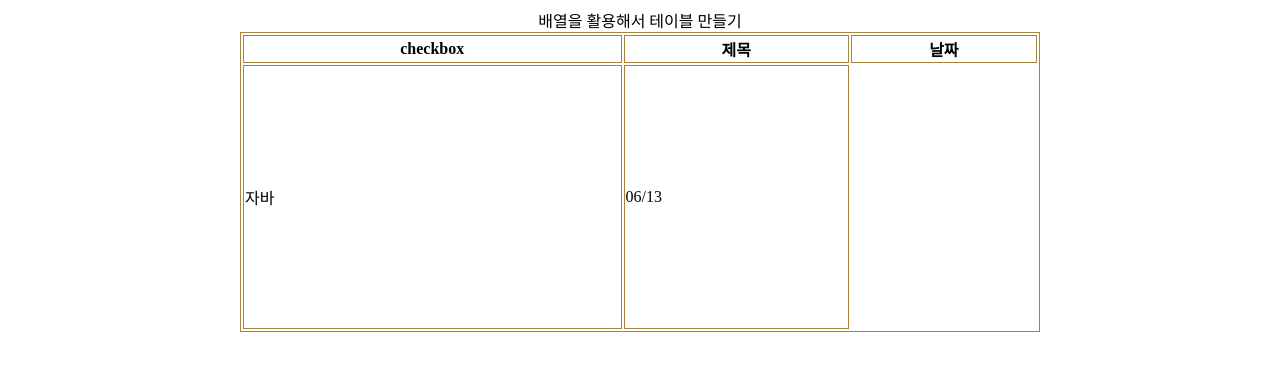
Repository: rightsecond3/java52
Page: workspace_script/dev_html/WebContent/js_array/checkbox_array.html
An editor plug-in stored every save of this project. The page is shown before and after the next save, followed by the edit.
The browser window is 1280 px wide. The pictures show the whole page.

Above is the page before, as saved 2019-06-13 02:41:59.
Console error: ReferenceError: checkbox is not defined

### workspace_script/dev_html/WebContent/js_array/checkbox_array.html
<!DOCTYPE html>
<html>
<head>
<meta charset="UTF-8">
<title>Insert title here</title>
</head>
<body>
    <script>
        var lists = [
                      [checkbox, "자바", "06/13"]
                     ,[checkbox, "오라클", "07/01"]
                    ];
    </script>

    <table align="center" borderColor="#AA8239" border="1" width="800px" height="300px">
        <caption>배열을 활용해서 테이블 만들기</caption>
        <thead>
            <tr>
                <th>checkbox</th>
                <th>제목</th>
                <th>날짜</th>
            </tr>
        </thead>
        <tbody>
            <tr>
                <td>자바</td>
                <td>06/13</td>
            </tr>
        </tbody>
    </table>
</body>
</html>

After the next save:
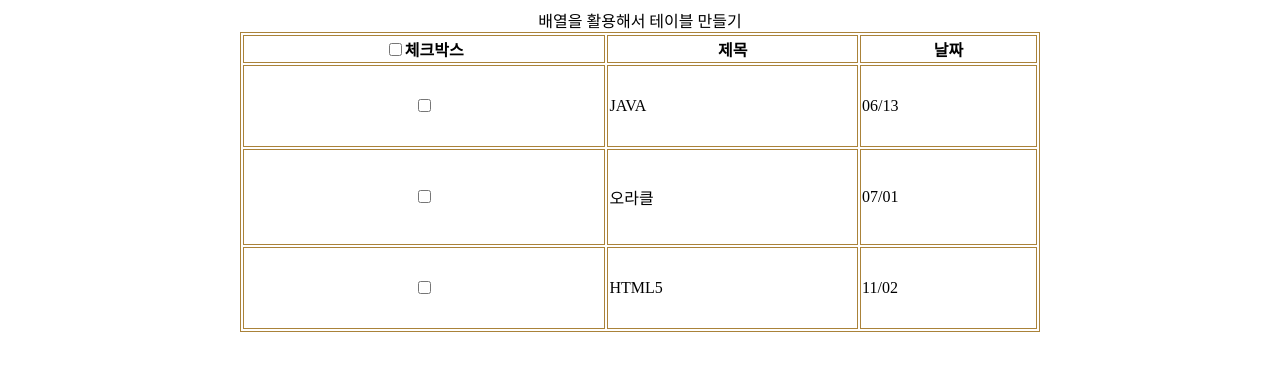
The error is gone.
Saved 20 s later.
--- a/workspace_script/dev_html/WebContent/js_array/checkbox_array.html
+++ b/workspace_script/dev_html/WebContent/js_array/checkbox_array.html
@@ -1,32 +1,70 @@
 <!DOCTYPE html>
 <html>
+<!--
+    html태그 경우 같은 이름이 두개 이상이면 자동으로 배열전환됨.
+    체크를 하는 경우 true 체크를 하지 않으면 false -> 확인 하는 메소드 cheked
+    반드시 두 개 이상 일때만 배열로 접근가능하다.
+ -->
 <head>
 <meta charset="UTF-8">
 <title>Insert title here</title>
 </head>
 <body>
     <script>
-        var lists = [
-                      [checkbox, "자바", "06/13"]
-                     ,[checkbox, "오라클", "07/01"]
-                    ];
+        function clearAll() {
+            for(var i=0; i<document.f_list.check.length;i++) {
+                if(document.f_list.check[i].checked == 1) {
+                    document.f_list.check[i].checked=0;
+                }
+            }
+        }
+        function checkBoxAll() {
+            // 전체체크박스를 선택했을 때
+            // jsp는 name으로 접근한다.
+            if(document.f_list.checkAll.checked == 1) {
+                clearAll();
+                for(var j=0; j<document.f_list.check.length; j++) {
+                    document.f_list.check[j].checked = 1;
+                }
+            }
+            // 전체체크박스를 해제했을 때
+            else{
+                for(var j=0; j<document.f_list.check.length; j++) {
+                        document.f_list.check[j].checked = 0;
+                }
+            }
+        }
     </script>
 
     <table align="center" borderColor="#AA8239" border="1" width="800px" height="300px">
+        <form name="f_list">
         <caption>배열을 활용해서 테이블 만들기</caption>
+        <!-- thead와 tbody는 생략해도 되지만 시각적으로 식별하기 위해 사용한다. -->
         <thead>
             <tr>
-                <th>checkbox</th>
+                <th><input type="checkbox" id="checkAll" name="checkAll" onclick="checkBoxAll()">체크박스</th>
                 <th>제목</th>
                 <th>날짜</th>
             </tr>
         </thead>
         <tbody>
             <tr>
-                <td>자바</td>
+            	<td align="center"><input type="checkbox" id="check" name="check"></td>
+                <td>JAVA</td>
                 <td>06/13</td>
             </tr>
+            <tr>
+                <td align="center"><input type="checkbox" id="check" name="check"></td>
+                <td>오라클</td>
+                <td>07/01</td>
+            </tr>
+            <tr>
+                    <td align="center"><input type="checkbox" id="check" name="check"></td>
+                    <td>HTML5</td>
+                    <td>11/02</td>
+                </tr>
         </tbody>
+        </form>
     </table>
 </body>
 </html>
